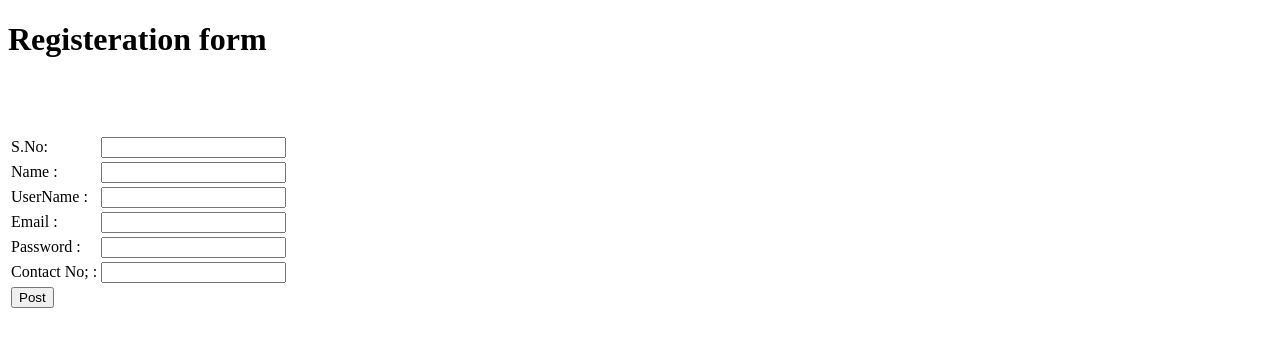
Repository: Vkrishna9135/JSP-2ND-TIME
Page: SERVLETS_FOLDER/Register_Loginvalidation/src/main/webapp/Registeration.html
An editor plug-in stored every save of this project. The page is shown before and after the next save, followed by the edit.
The browser window is 1280 px wide. The pictures show the whole page.

Above is the page before, as saved 2023-04-12 02:05:02.

### SERVLETS_FOLDER/Register_Loginvalidation/src/main/webapp/Registeration.html
<!DOCTYPE html>
<html>
<meta charset="UTF-8">
<body>
<div bgcolor='cyan'>
        <form action="fs">
            <table>
                <h1>Registeration form</h1>

                <tr>
                <td><label for="">S.No:</label></td>
                <td><input type="text" name="sm"></td>
               </tr><br>

               <tr>
                <td><label for="">Name :</label></td>
                <td><input type="text" name="nm"></td>
               </tr><br>

               <tr>
                <td><label for="">UserName :</label></td>
                <td><input type="text" name="unm"></td>
               </tr>

               <tr>
                <td><label for="">Email :</label></td>
                <td><input type="email" name="eml"></td>
               </tr>

               <tr>
                <td><label for="">Password :</label></td>
                <td><input type="password" name="pw"></td>
               </tr>

               <tr>
                <td><label for="">Contact No; :</label></td>
                <td><input type="number" name="cn"></td>
               </tr><br>

               <tr><td><input type="submit" value="Post"></td>
               </tr>

            </table>
        </form>

    </div>

</body>
</html>

After the next save:
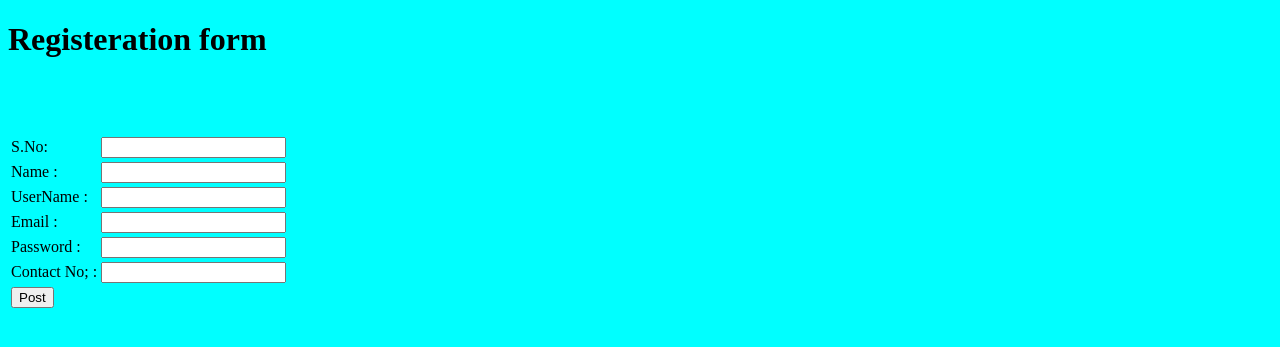
Saved 103 s later.
--- a/SERVLETS_FOLDER/Register_Loginvalidation/src/main/webapp/Registeration.html
+++ b/SERVLETS_FOLDER/Register_Loginvalidation/src/main/webapp/Registeration.html
@@ -1,8 +1,8 @@
 <!DOCTYPE html>
 <html>
 <meta charset="UTF-8">
-<body>
-<div bgcolor='cyan'>
+<body bgcolor='cyan'>
+<div>
         <form action="fs">
             <table>
                 <h1>Registeration form</h1>
